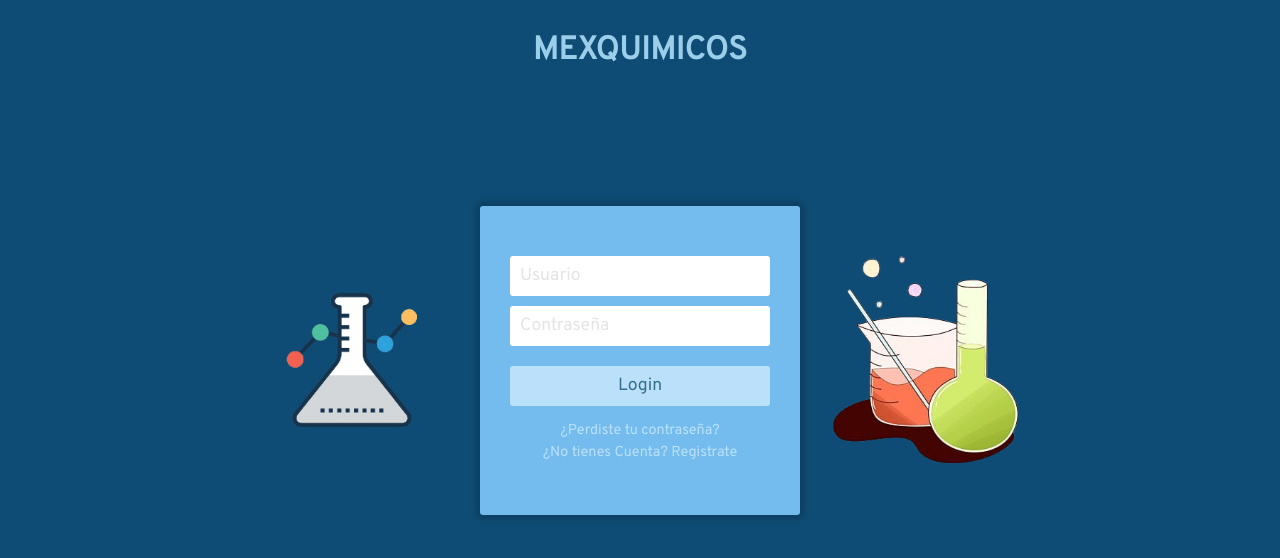
Repository: iDiv3r/MexiQuimicosIsay
Page: Index.html
These files come from the project's save history. The page is drawn as it stood at one moment and after the next save; the edit follows.
The browser window is 1280 px wide. The pictures show the whole page.

Above is the page before, as saved 2023-11-26 16:25:38.

After the next save:
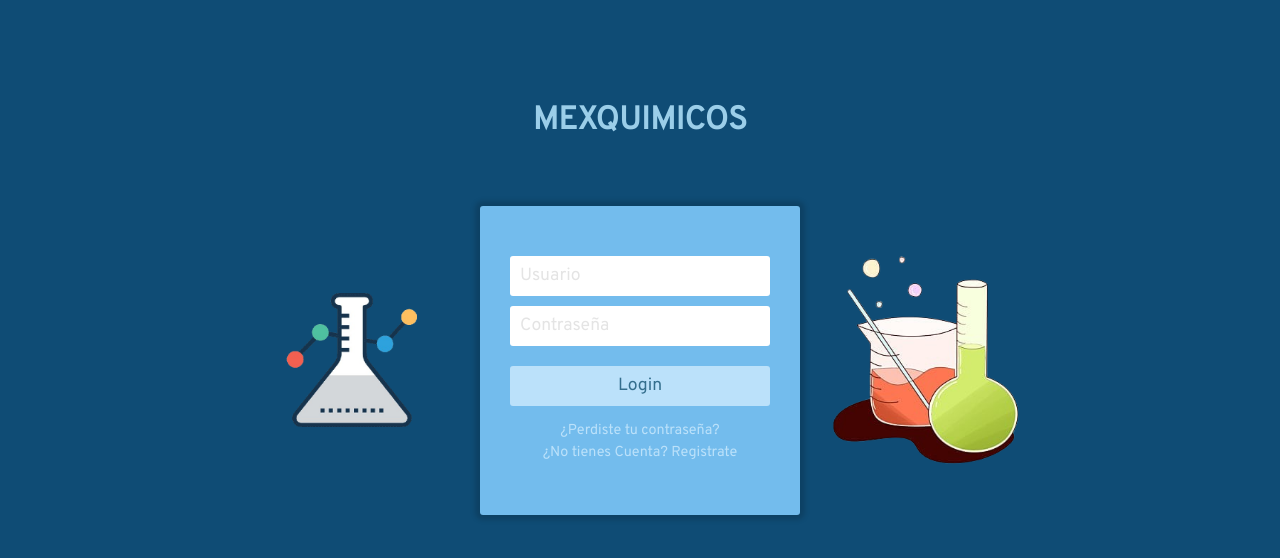
Saved 6 s later.
--- a/css/login.css
+++ b/css/login.css
@@ -143,7 +143,7 @@ body {
 
 h1 {
     position: absolute;
-    top: 10px;
+    top: 80px;
     left: 50%;
     transform: translateX(-50%);
 }
